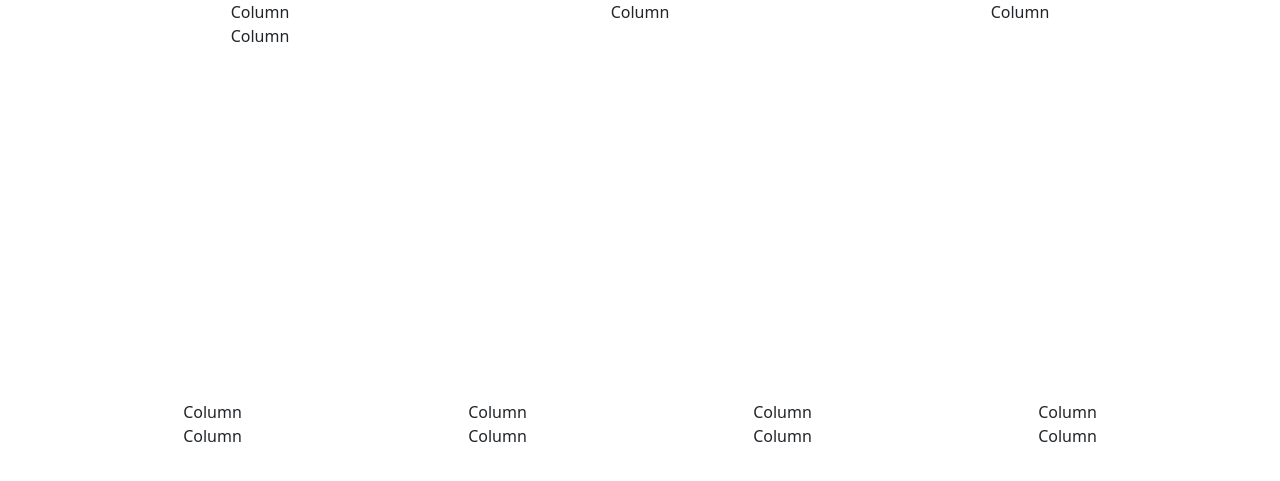
Repository: golddrone7/front
Page: http://localhost/step07_JSPProject/acodian/myweb.jsp
An editor plug-in stored every save of this project. The page is shown before and after the next save, followed by the edit.
The browser window is 1280 px wide. The pictures show the whole page.
The page is served by Tomcat 9.

Above is the page before, as saved 2023-02-28 00:48:28.

After the next save:
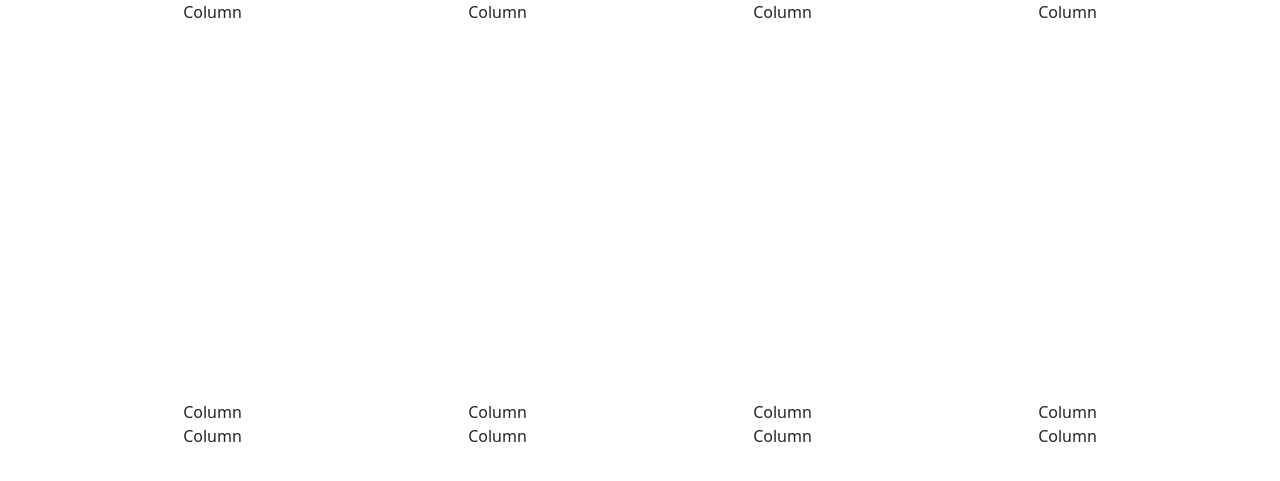
Saved 13 s later.
--- a/step07_JSPProject/src/main/webapp/acodian/myweb.jsp
+++ b/step07_JSPProject/src/main/webapp/acodian/myweb.jsp
@@ -11,7 +11,7 @@
 <body>
 
 <div class="container text-center align-middle" style="height:400px;" >
-  <div class="row row-cols-1 row-cols-sm-2 row-cols-md-3">
+  <div class="row row-cols-1 row-cols-sm-2 row-cols-md-4">
     <div class="col">Column</div>
     <div class="col">Column</div>
     <div class="col">Column</div>
